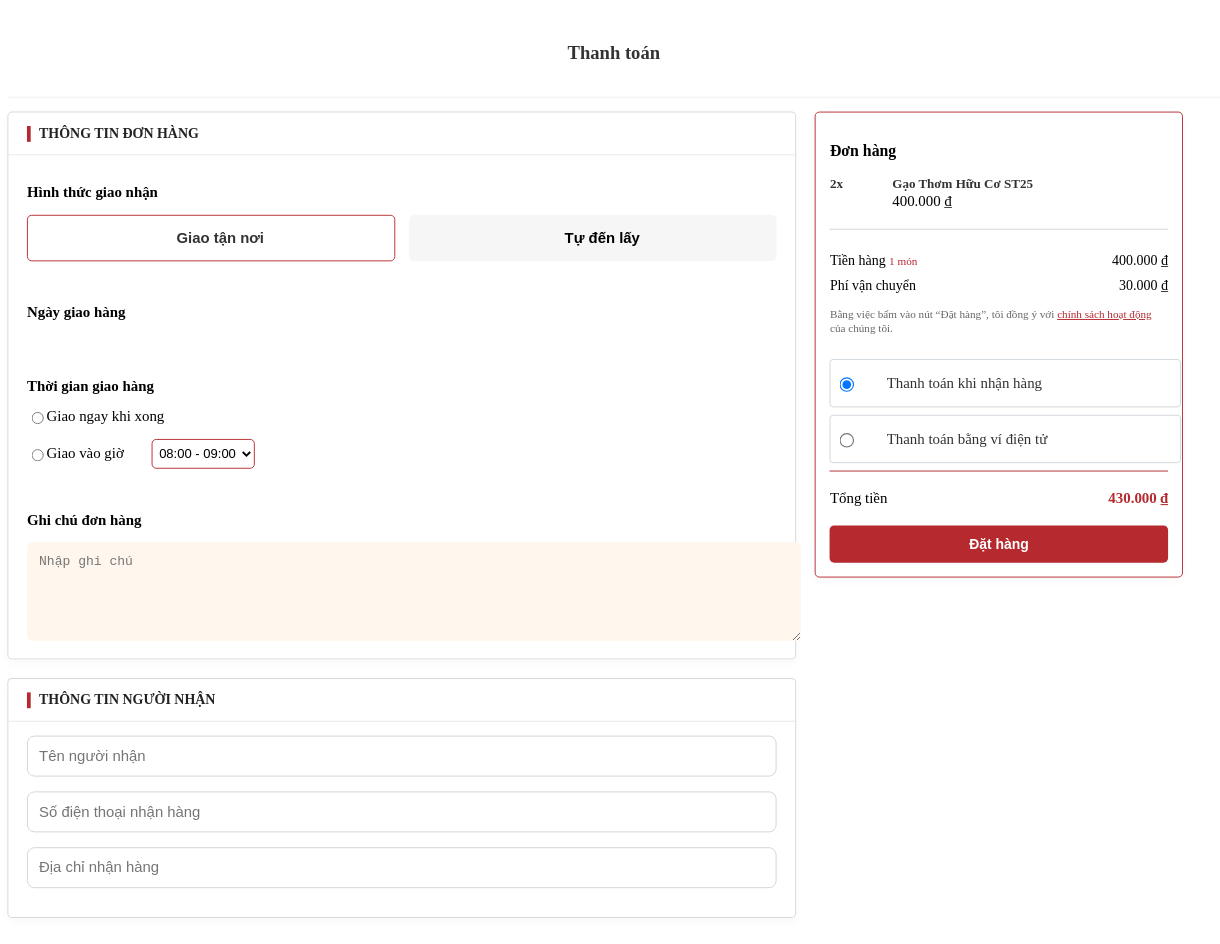
Repository: tqchuong/project_giuaky_ltw
Page: html/checkout.html
An editor plug-in stored every save of this project. The page is shown before and after the next save, followed by the edit.
The browser window is 1280 px wide. The page is 1312 px wide, so the pictures cover 1312 px, including what lies to the right of the window. The pictures show the whole page, at 93% of full size.
Some icons come from a web library that is not loaded, so they are not drawn.

Above is the page before, as saved 2024-11-15 23:35:50.
Console error: ReferenceError: $ is not defined

After the next save:
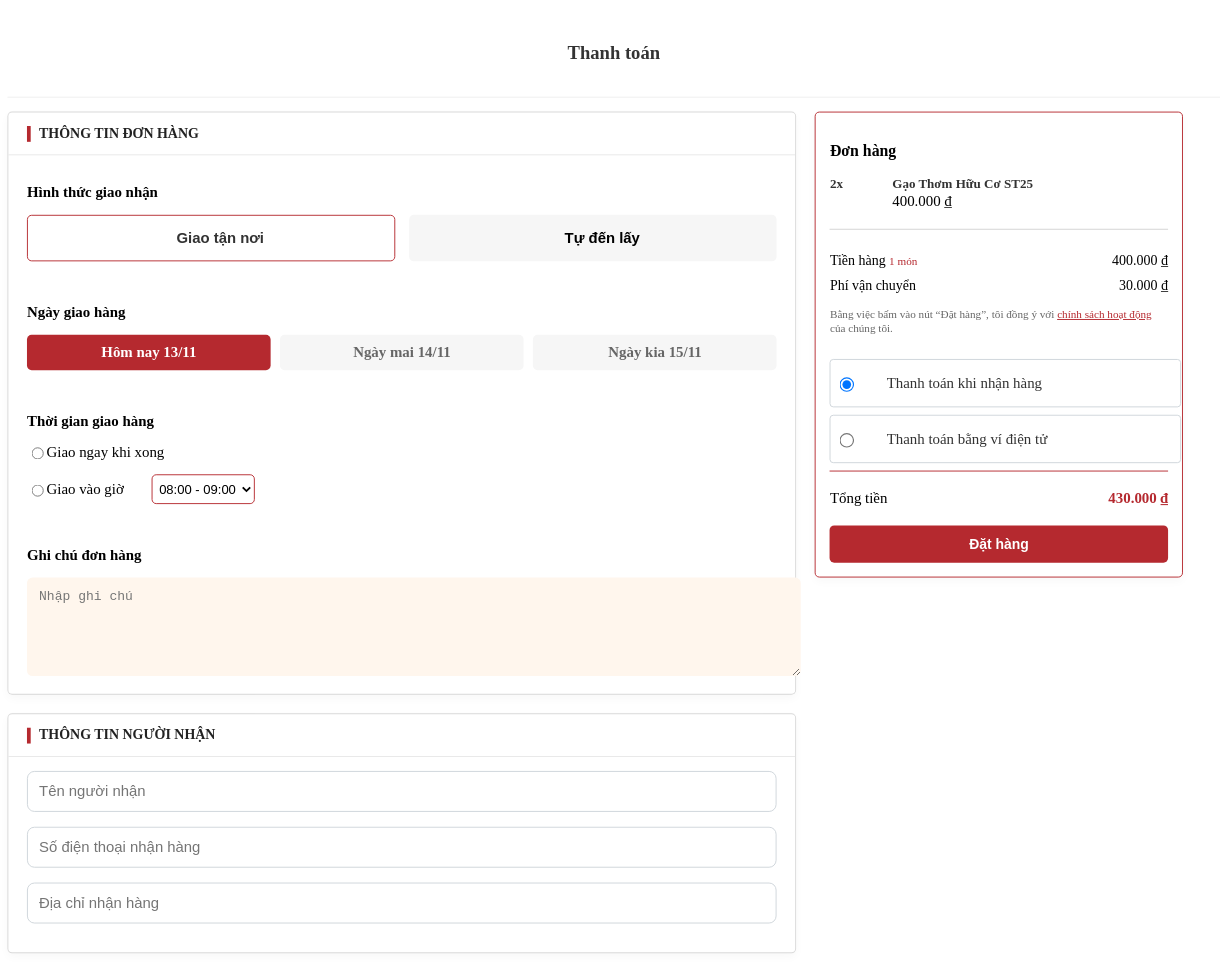
Saved 22 s later.
--- a/js/checkout.js
+++ b/js/checkout.js
@@ -95,84 +95,11 @@
     priceFinal.innerText = vnd(totalCart);
 }
 
-// Xử lý khi đặt hàng
-function xulyDathang() {
-    // Biến để lưu địa chỉ nhận, hình thức giao hàng, và thời gian giao hàng
-    let diachinhan = "";
-    let hinhthucgiao = "";
-    let thoigiangiao = "";
 
-    // Lấy các lựa chọn giao hàng từ form
-    const giaotannoi = document.querySelector("#giaotannoi");
-    const tudenlay = document.querySelector("#tudenlay");
-    const giaongay = document.querySelector("#giaongay");
 
-    // Xác định địa chỉ và hình thức giao hàng
-    if (giaotannoi.classList.contains("active")) {
-        const diachiInput = document.querySelector("#diachinhan");
-        diachinhan = diachiInput ? diachiInput.value : "";
-        hinhthucgiao = "Giao tận nơi";
-    } else if (tudenlay.classList.contains("active")) {
-        diachinhan = document.querySelector("#chinhanh-1").checked ?
-                     "Khu phố 6, Phường Linh Trung, TP Thủ Đức, TP HCM" :
-                     "Nhơn Tân, An Nhơn, Bình Định";
-        hinhthucgiao = "Tự đến lấy";
-    }
 
-    // Xác định thời gian giao hàng
-    if (giaongay && giaongay.checked) {
-        thoigiangiao = "Giao ngay khi xong";
-    } else {
-        thoigiangiao = document.querySelector(".choise-time").value || "Không xác định";
-    }
 
-    // Kiểm tra thông tin người nhận trước khi đặt hàng
-    let tennguoinhan = document.querySelector("#tennguoinhan").value;
-    let sdtnhan = document.querySelector("#sdtnhan").value;
-
-    if (!tennguoinhan || !sdtnhan || !diachinhan) {
-        alert("Vui lòng nhập đầy đủ thông tin người nhận.");
-        return;
-    }
-
-    // Lấy thông tin giỏ hàng
-    let cart = JSON.parse(localStorage.getItem('cart')) || [];
-    let tongtien = cart.reduce((total, item) => total + item.price * item.quantity, 0);
-    if (giaotannoi.classList.contains("active")) {
-        tongtien += PHIVANCHUYEN;
-    }
-
-    // Tạo mã đơn hàng duy nhất
-    let madon = `DH${Date.now()}`;
-
-    // Tạo thông tin đơn hàng
-    let donhang = {
-        id: madon,
-        khachhang: JSON.parse(localStorage.getItem('currentuser')).phone,
-        hinhthucgiao: hinhthucgiao,
-        ngaygiaohang: document.querySelector(".pick-date.active").getAttribute("data-date"),
-        thoigiangiao: thoigiangiao,
-        tenguoinhan: tennguoinhan,
-        sdtnhan: sdtnhan,
-        diachinhan: diachinhan,
-        tongtien: tongtien,
-        trangthai: "Chưa xử lý",
-        ghichu: document.querySelector(".note-order").value || ""
-    };
-
-    // Lưu thông tin đơn hàng và chi tiết đơn hàng vào localStorage
-    let orderList = JSON.parse(localStorage.getItem("order")) || [];
-    orderList.unshift(donhang);
-    localStorage.setItem("order", JSON.stringify(orderList));
-
-    // Lưu thông tin chi tiết đơn hàng
-    let orderDetails = JSON.parse(localStorage.getItem("orderDetails")) || [];
-    let updatedDetails = cart.map(item => ({ ...item, madon }));
-    localStorage.setItem("orderDetails", JSON.stringify(orderDetails.concat(updatedDetails)));
-
-    // Xóa giỏ hàng sau khi đặt hàng thành công
-    localStorage.removeItem("cart");
-
-    alert("Đặt hàng thành công!");
-    window.location.href = "home.html"; // Quay về trang chủ sau khi đặt hàng
-}
+// Khởi tạo trang thanh toán khi DOM sẵn sàng
+document.addEventListener("DOMContentLoaded", function() {
+    thanhtoanpage();
+});

After the 4 saves that followed:
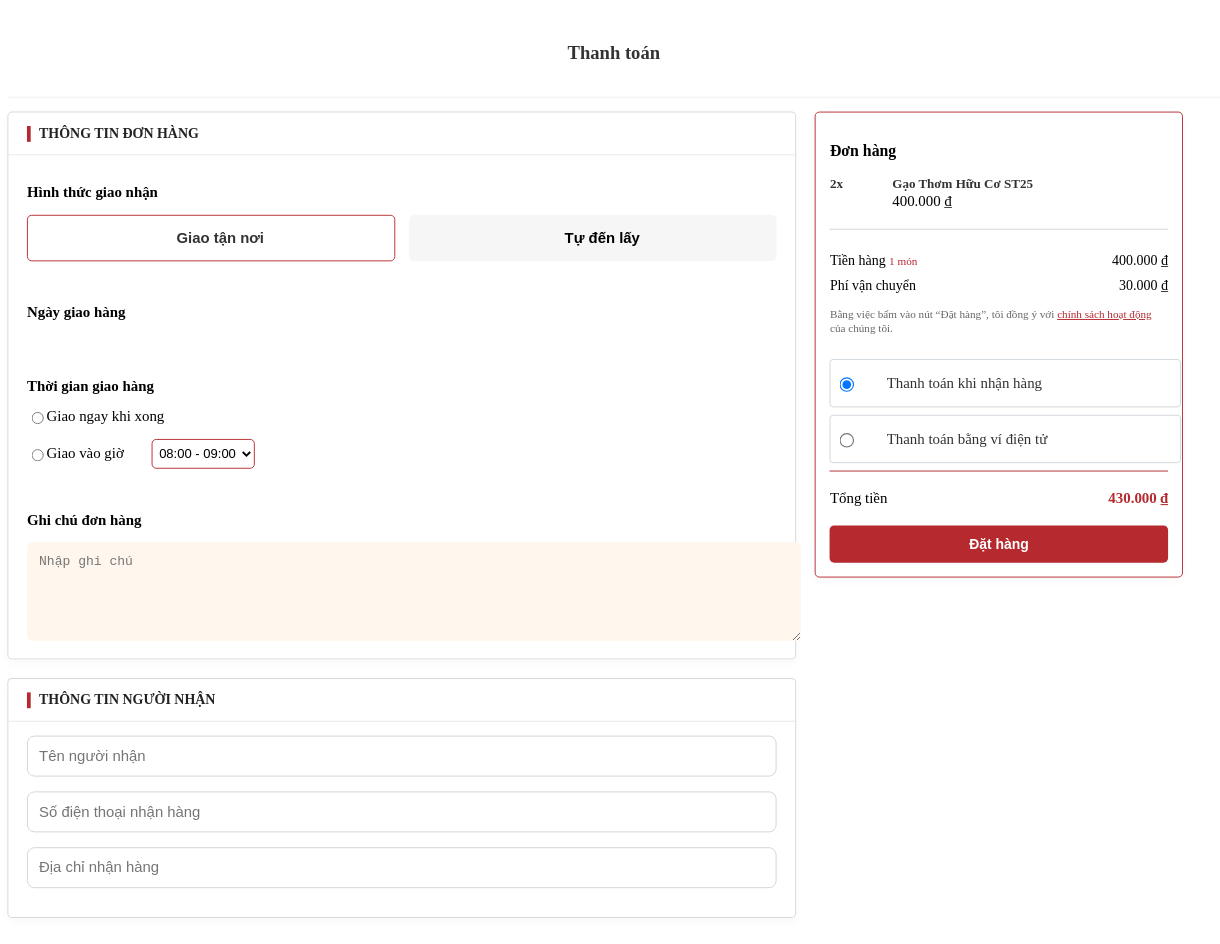
The 4 saves are shown as one change because 3 left the picture as it was.
The last was saved 79 s later.
--- a/js/checkout.js
+++ b/js/checkout.js
@@ -35,65 +35,30 @@
 
 
 
-// Hàm tính và hiển thị tổng giá trị đơn hàng
-function thanhtoanpage() {
-    setupDeliveryDates();
-    showProductCart();
+// // Hàm tính và hiển thị tổng giá trị đơn hàng
+// function thanhtoanpage() {
+//     setupDeliveryDates();
 
-    let cart = JSON.parse(localStorage.getItem('cart')) || [];
-    let totalCart = cart.reduce((total, item) => total + item.price * item.quantity, 0);
 
-    let totalBillOrder = document.querySelector('.total-bill-order');
-    totalBillOrder.innerHTML = `
-        <div class="priceFlx">
-            <div class="text">Tiền hàng <span class="count">${cart.length} món</span></div>
-            <div class="price-detail"><span id="checkout-cart-total">${vnd(totalCart)}</span></div>
-        </div>
-        <div class="priceFlx chk-ship">
-            <div class="text">Phí vận chuyển</div>
-            <div class="price-detail chk-free-ship"><span>${vnd(PHIVANCHUYEN)}</span></div>
-        </div>`;
 
-    priceFinal.innerText = vnd(totalCart + PHIVANCHUYEN);
-    setupDeliveryMethod();
-}
 
-// Cấu hình phương thức giao hàng
-function setupDeliveryMethod() {
-    let giaotannoi = document.querySelector('#giaotannoi');
-    let tudenlay = document.querySelector('#tudenlay');
-    let tudenlayGroup = document.querySelector('#tudenlay-group');
-    let chkShip = document.querySelectorAll(".chk-ship");
+//     let totalBillOrder = document.querySelector('.total-bill-order');
+//     totalBillOrder.innerHTML = `
+//         <div class="priceFlx">
+//             <div class="text">Tiền hàng <span class="count">${cart.length} món</span></div>
+//             <div class="price-detail"><span id="checkout-cart-total">${vnd(totalCart)}</span></div>
+//         </div>
+//         <div class="priceFlx chk-ship">
+//             <div class="text">Phí vận chuyển</div>
+//             <div class="price-detail chk-free-ship"><span>${vnd(PHIVANCHUYEN)}</span></div>
+//         </div>`;
 
-    tudenlay.addEventListener('click', () => {
-        giaotannoi.classList.remove("active");
-        tudenlay.classList.add("active");
-        chkShip.forEach(item => item.style.display = "none");
-        tudenlayGroup.style.display = "block";
-        updateTotalPrice(false);
-    });
+//     priceFinal.innerText = vnd(totalCart + PHIVANCHUYEN);
+//     setupDeliveryMethod();
+// }
 
-    giaotannoi.addEventListener('click', () => {
-        tudenlay.classList.remove("active");
-        giaotannoi.classList.add("active");
-        tudenlayGroup.style.display = "none";
-        chkShip.forEach(item => item.style.display = "flex");
-        updateTotalPrice(true);
-    });
 
-    document.querySelector(".complete-checkout-btn").onclick = () => xulyDathang();
-}
 
-// Cập nhật tổng giá khi thay đổi phương thức giao hàng
-function updateTotalPrice(includeShipping) {
-    let cart = JSON.parse(localStorage.getItem('cart')) || [];
-    let totalCart = cart.reduce((total, item) => total + item.price * item.quantity, 0);
-
-    if (includeShipping) {
-        totalCart += PHIVANCHUYEN;
-    }
-    priceFinal.innerText = vnd(totalCart);
-}
 
 
 
